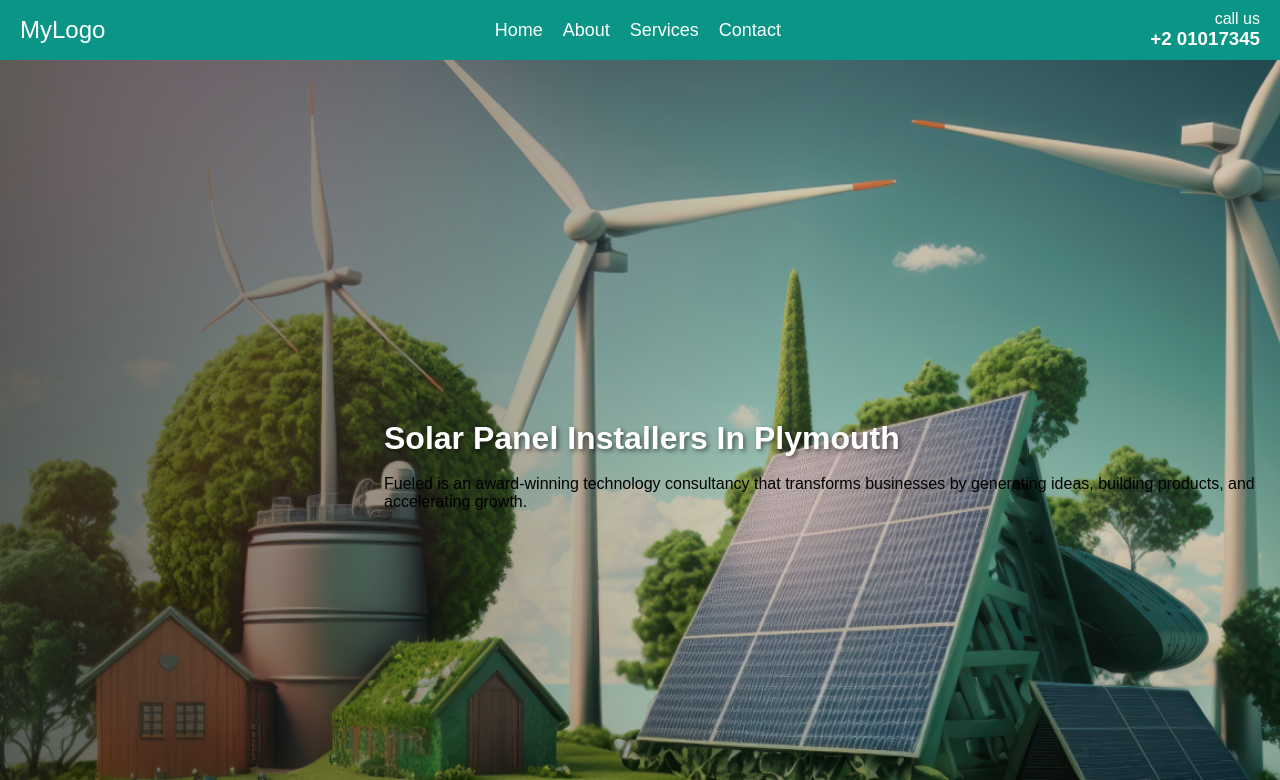
Repository: MaramNabil872/Landing-Page
Page: landingPage.html
These files come from the project's save history. The page is drawn as it stood at one moment and after the next save; the edit follows.
The browser window is 1280 px wide. The pictures show the whole page.

Above is the page before, as saved 2024-10-20 20:26:43.

### landingPage.html
<!DOCTYPE html>
<html lang="en">
    <head>
        <meta charset="UTF-8" />
        <meta name="viewport" content="width=device-width, initial-scale=1.0" />
        <title>Landing Page</title>
        <link rel="stylesheet" href="landingPage.css" />
    </head>
    <body>
        <nav class="navbar">
            <div class="logo">MyLogo</div>

            <ul class="nav-links">
                <li><a href="#home">Home</a></li>
                <li><a href="#about">About</a></li>
                <li><a href="#services">Services</a></li>
                <li><a href="#contact">Contact</a></li>
            </ul>
            <div class="call">
                <p>call us</p>
                <h3>+2 01017345</h3>
            </div>
        </nav>

        <div class="image-container">
            <img
                src="images/solar-panels-meadow 1.png"
                alt="Background Image"
                class="background-image"
            />
            <div class="main-text">
                <h2 class="text-wallpaper">
                    Solar Panel Installers In Plymouth
                </h2>
                <br />
                <p class="text-paragraph">
                    Fueled is an award-winning technology consultancy that
                    transforms businesses by generating ideas, building
                    products, and accelerating growth.
                </p>
            </div>
        </div>
    </body>
</html>

### landingPage.css
* {
    margin: 0;
    padding: 0;
    box-sizing: border-box; /* Added for consistent sizing */
}

body {
    font-family: Arial, sans-serif;
}

.navbar {
    background-color: #0b9586;
    display: flex;
    justify-content: space-between;
    align-items: center;
    padding: 10px 20px;
    position: relative;
    flex-wrap: wrap; /* Allow items to wrap on smaller screens */
}

.logo {
    color: #fff;
    font-size: 24px;
}

.nav-links {
    list-style: none;
    display: flex;
    flex-wrap: wrap; /* Allow links to wrap on smaller screens */
}

.nav-links li {
    margin-left: 20px;
}

.nav-links a {
    text-decoration: none;
    color: white;
    font-size: 18px;
    transition: color 0.3s;
}

.nav-links a:hover {
    color: #f0a500;
}

.call {
    color: #fff;
    text-align: right; /* Align text to the right */
}

.image-container {
    position: relative;
    width: 100%;
    height: 100vh; /* Full screen height */
    overflow: hidden; /* Hide overflow */
}

.background-image {
    width: 100%;
    height: 100%;
    object-fit: cover; /* Ensure the image covers the entire container */
}
.main-text{
    position: absolute;
    top: 50%;
    left: 30%;
}
.text-wallpaper {


    color: white;
    font-size: 2rem;
    font-weight: bold;
    text-shadow: 2px 2px 4px rgba(0, 0, 0, 0.5);
}

/* Media Queries for Responsiveness */
@media (max-width: 768px) {
    .navbar {
        flex-direction: column; /* Stack items vertically */
        align-items: flex-start; /* Align items to the left */
    }

    .nav-links {
        margin-top: 10px; /* Space between navbar and links */
    }

    .nav-links li {
        margin-left: 0;
        margin-bottom: 10px; /* Space between links */
    }

    .text-overlay {
        font-size: 1.5rem; /* Smaller text size for mobile */
    }
}

@media (max-width: 480px) {
    .text-overlay {
        font-size: 1.2rem; /* Even smaller text size for very small screens */
    }

    .call h3 {
        font-size: 1.2rem; /* Adjust call size for small screens */
    }
}

After the next save:
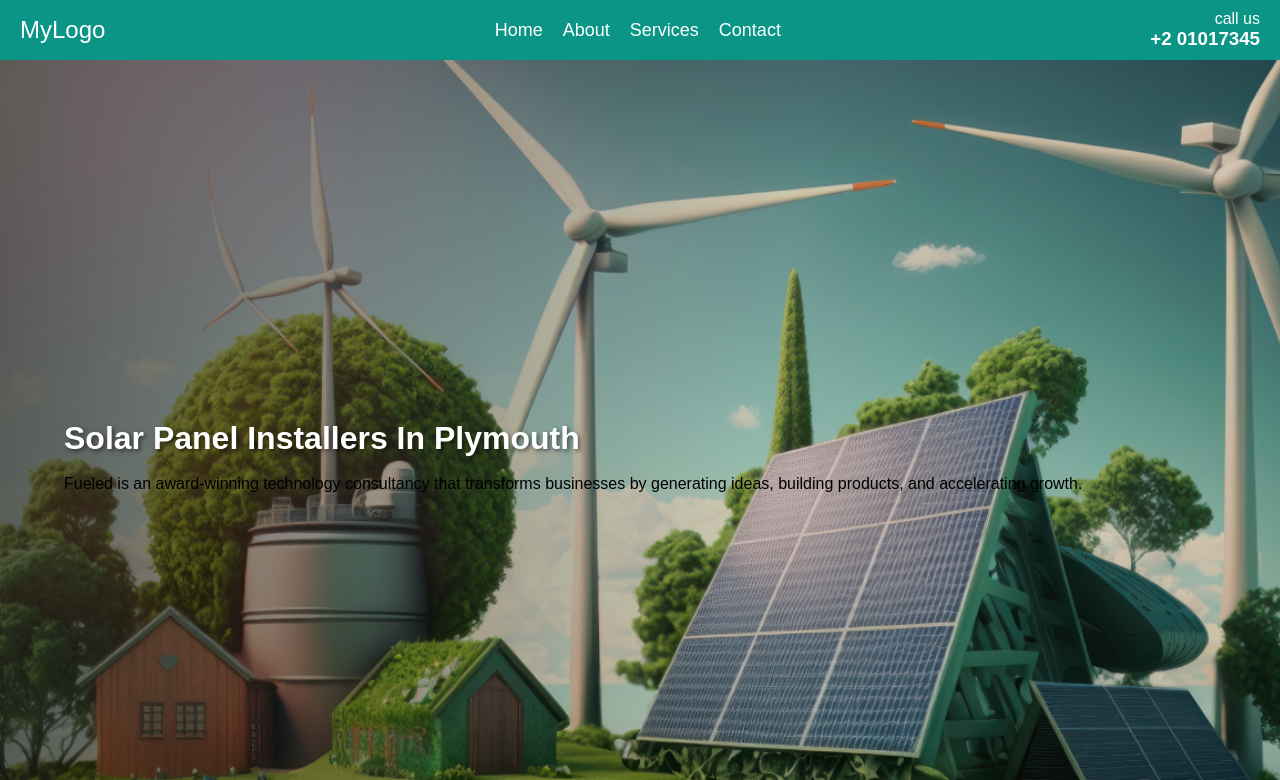
Saved 69 s later.
--- a/landingPage.css
+++ b/landingPage.css
@@ -64,7 +64,7 @@ body {
 .main-text{
     position: absolute;
     top: 50%;
-    left: 30%;
+    left:5%;
 }
 .text-wallpaper {
 
